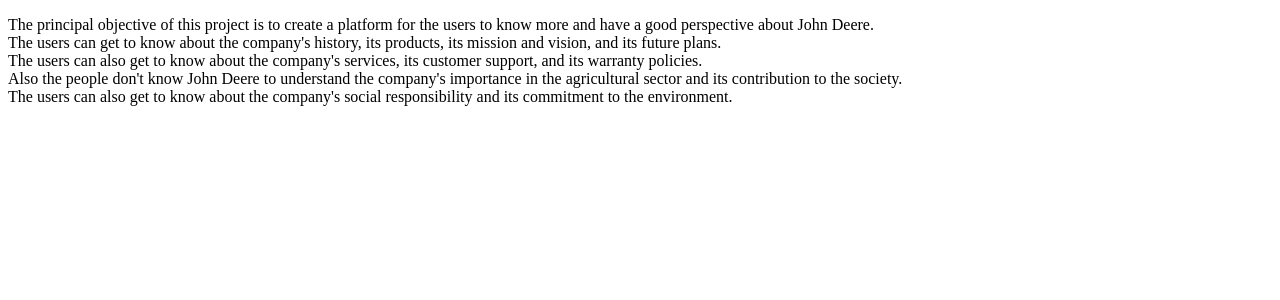
Repository: EduardoJunqueira2004/WEBJohnDeere
Page: aboutus.html
An editor plug-in stored every save of this project. The page is shown before and after a run of saves, followed by the edit.
The browser window is 1280 px wide. The pictures show the whole page.

Above is the page before, as saved 2024-12-05 11:31:16.

### aboutus.html
<!DOCTYPE html>
<html lang="en">
<head>
    <meta charset="UTF-8">
    <meta name="viewport" content="width=device-width, initial-scale=1.0">
    <title>AboutUs.html</title>
</head>
<body>
    <p>
        The principal objective of this project is to create a platform for the users to know more and have a good perspective about John Deere.<br>
        The users can get to know about the company's history, its products, its mission and vision, and its future plans.<br>
        The users can also get to know about the company's services, its customer support, and its warranty policies.<br>
        Also the people don't know John Deere to understand the company's importance in the agricultural sector and its contribution to the society.<br>
        The users can also get to know about the company's social responsibility and its commitment to the environment.<br>

    </p>
</body>
</html>

After the next 11 saves:
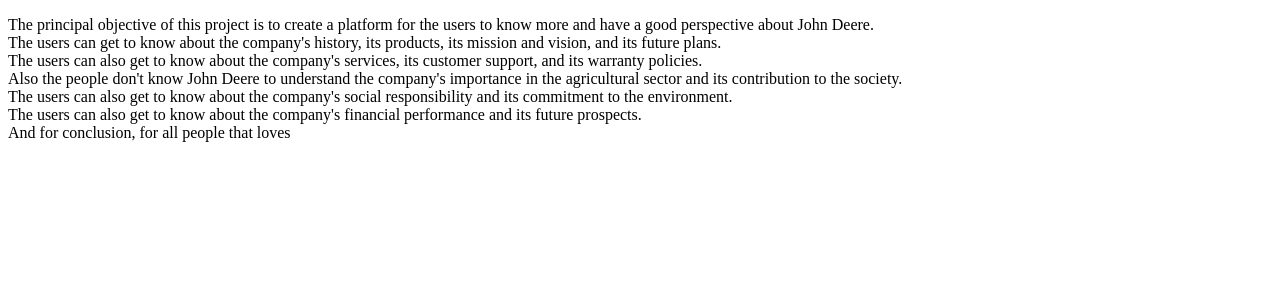
The 11 saves are shown as one change because they came seconds apart.
The last was saved 26 s later.
--- a/aboutus.html
+++ b/aboutus.html
@@ -12,7 +12,8 @@
         The users can also get to know about the company's services, its customer support, and its warranty policies.<br>
         Also the people don't know John Deere to understand the company's importance in the agricultural sector and its contribution to the society.<br>
         The users can also get to know about the company's social responsibility and its commitment to the environment.<br>
-
+        The users can also get to know about the company's financial performance and its future prospects.<br>
+        And for conclusion, for all people that loves
     </p>
 </body>
 </html>
